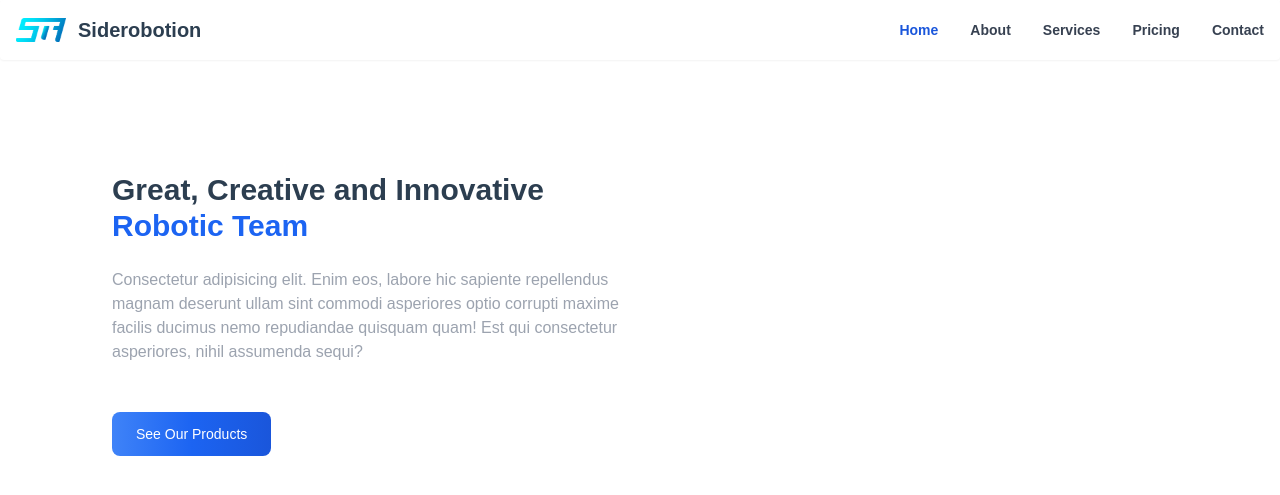
Repository: khulqu15/siderobotion
Page: /
These files come from the project's save history. The page is drawn as it stood at one moment and after the next save; the edit follows.
The browser window is 1280 px wide. The pictures show the whole page.
The project was rebuilt for these pictures with package versions that can differ from the ones it lists, and the page was loaded fresh each time. Also part of the build but not shown: vue.config.js.

Above is the page before, as saved 2022-06-12 02:14:43.

### src/main.js
import { createApp } from 'vue'
import App from './App.vue'
import './registerServiceWorker'
import router from './router'
import store from './store'
import 'flowbite'
import './index.css'

createApp(App)
  .use(store)
  .use(router)
  .mount('#app')

### src/index.css
@tailwind base;
@tailwind components;
@tailwind utilities;
@import url('https://fonts.googleapis.com/css2?family=Poppins:ital,wght@0,100;0,200;0,300;0,400;0,500;0,600;0,700;0,800;0,900;1,100;1,200;1,300;1,400;1,500;1,600;1,700;1,800;1,900&display=swap');

* {
  font-family: 'Poppins', sans-serif !important;
}

### src/views/HomeView.vue
<template>

  <web-layout>
    <div class="px-28 grid grid-cols-2 gap-4">
      <div class="py-28 text-start">
        <h1 class="text-3xl font-semibold">Great, Creative and Innovative <span class="text-blue-600">Robotic Team</span> </h1>
        <p class="text-gray-400 mt-6 mb-12">Consectetur adipisicing elit. Enim eos, labore hic sapiente repellendus magnam deserunt ullam sint commodi asperiores optio corrupti maxime facilis ducimus nemo repudiandae quisquam quam! Est qui consectetur asperiores, nihil assumenda sequi?</p>
        <button type="button" class="text-white bg-gradient-to-r from-blue-500 via-blue-600 to-blue-700 hover:bg-gradient-to-br focus:ring-4 focus:outline-none focus:ring-blue-300 dark:focus:ring-blue-800 font-medium rounded-lg text-sm px-6 py-3 text-center mr-2 mb-2">See Our Products</button>
      </div>
    </div>
  </web-layout>

</template>

<script>
import WebLayout from '@/layouts/WebLayout.vue'
export default {
  name: 'HomeView',
  components: {
    WebLayout
  }
}
</script>

### src/layouts/WebLayout.vue
<template>
  <div id="app-web">
    <div id="nav">
      <navigation-header/>
    </div>
    <div id="body-content">
      <slot id="content"></slot>
    </div>
  </div>
</template>

<script>
import NavigationHeader from '@/components/NavigationHeader.vue'
export default {
  components: {
    NavigationHeader
  }
}
</script>

### src/components/NavigationHeader.vue
<template>
  <div>
    <nav class="bg-white border-gray-200 px-2 sm:px-4 py-4 shadow-sm rounded dark:bg-gray-800">
      <div class="container flex flex-wrap justify-between items-center mx-auto">
        <a href="/" class="flex items-center">
          <img :src="require('@/assets/logo.webp')" class="mr-3 h-4 sm:h-6" alt="Siderobotion Logo">
          <span class="self-center text-xl font-semibold whitespace-nowrap dark:text-white">Siderobotion</span>
        </a>
        <button data-collapse-toggle="mobile-menu" type="button" class="inline-flex items-center p-2 ml-3 text-sm text-gray-500 rounded-lg md:hidden hover:bg-gray-100 focus:outline-none focus:ring-2 focus:ring-gray-200 dark:text-gray-400 dark:hover:bg-gray-700 dark:focus:ring-gray-600" aria-controls="mobile-menu" aria-expanded="false">
          <span class="sr-only">Open main menu</span>
          <svg class="w-6 h-6" fill="currentColor" viewBox="0 0 20 20" xmlns="http://www.w3.org/2000/svg"><path fill-rule="evenodd" d="M3 5a1 1 0 011-1h12a1 1 0 110 2H4a1 1 0 01-1-1zM3 10a1 1 0 011-1h12a1 1 0 110 2H4a1 1 0 01-1-1zM3 15a1 1 0 011-1h12a1 1 0 110 2H4a1 1 0 01-1-1z" clip-rule="evenodd"></path></svg>
          <svg class="hidden w-6 h-6" fill="currentColor" viewBox="0 0 20 20" xmlns="http://www.w3.org/2000/svg"><path fill-rule="evenodd" d="M4.293 4.293a1 1 0 011.414 0L10 8.586l4.293-4.293a1 1 0 111.414 1.414L11.414 10l4.293 4.293a1 1 0 01-1.414 1.414L10 11.414l-4.293 4.293a1 1 0 01-1.414-1.414L8.586 10 4.293 5.707a1 1 0 010-1.414z" clip-rule="evenodd"></path></svg>
        </button>
        <div class="hidden w-full md:block md:w-auto" id="mobile-menu">
          <ul class="flex flex-col mt-4 md:flex-row md:space-x-8 md:mt-0 md:text-sm md:font-medium">
            <li>
              <a href="#" class="block py-2 pr-4 pl-3 text-white bg-blue-700 rounded md:bg-transparent md:text-blue-700 md:p-0 dark:text-white" aria-current="page">Home</a>
            </li>
            <li>
              <a href="#" class="block py-2 pr-4 pl-3 text-gray-700 border-b border-gray-100 hover:bg-gray-50 md:hover:bg-transparent md:border-0 md:hover:text-blue-700 md:p-0 dark:text-gray-400 md:dark:hover:text-white dark:hover:bg-gray-700 dark:hover:text-white md:dark:hover:bg-transparent dark:border-gray-700">About</a>
            </li>
            <li>
              <a href="#" class="block py-2 pr-4 pl-3 text-gray-700 border-b border-gray-100 hover:bg-gray-50 md:hover:bg-transparent md:border-0 md:hover:text-blue-700 md:p-0 dark:text-gray-400 md:dark:hover:text-white dark:hover:bg-gray-700 dark:hover:text-white md:dark:hover:bg-transparent dark:border-gray-700">Services</a>
            </li>
            <li>
              <a href="#" class="block py-2 pr-4 pl-3 text-gray-700 border-b border-gray-100 hover:bg-gray-50 md:hover:bg-transparent md:border-0 md:hover:text-blue-700 md:p-0 dark:text-gray-400 md:dark:hover:text-white dark:hover:bg-gray-700 dark:hover:text-white md:dark:hover:bg-transparent dark:border-gray-700">Pricing</a>
            </li>
            <li>
              <a href="#" class="block py-2 pr-4 pl-3 text-gray-700 hover:bg-gray-50 md:hover:bg-transparent md:border-0 md:hover:text-blue-700 md:p-0 dark:text-gray-400 md:dark:hover:text-white dark:hover:bg-gray-700 dark:hover:text-white md:dark:hover:bg-transparent">Contact</a>
            </li>
          </ul>
        </div>
      </div>
    </nav>

  </div>
</template>

### tailwind.config.js
module.exports = {

  content: [
    "./index.html",
    "./src/**/*.{vue,js,ts,jsx,tsx}",
    "./node_modules/flowbite/**/*.js",
  ],
  theme: {
    extend: {},
  },
  plugins: [
    require('flowbite/plugin')
  ]

}

Loaded but not shown: public/index.html (common file); src/App.vue (common file); src/registerServiceWorker.js (common file); src/router/index.js (common file); src/store/index.js (common file)

After the next save:
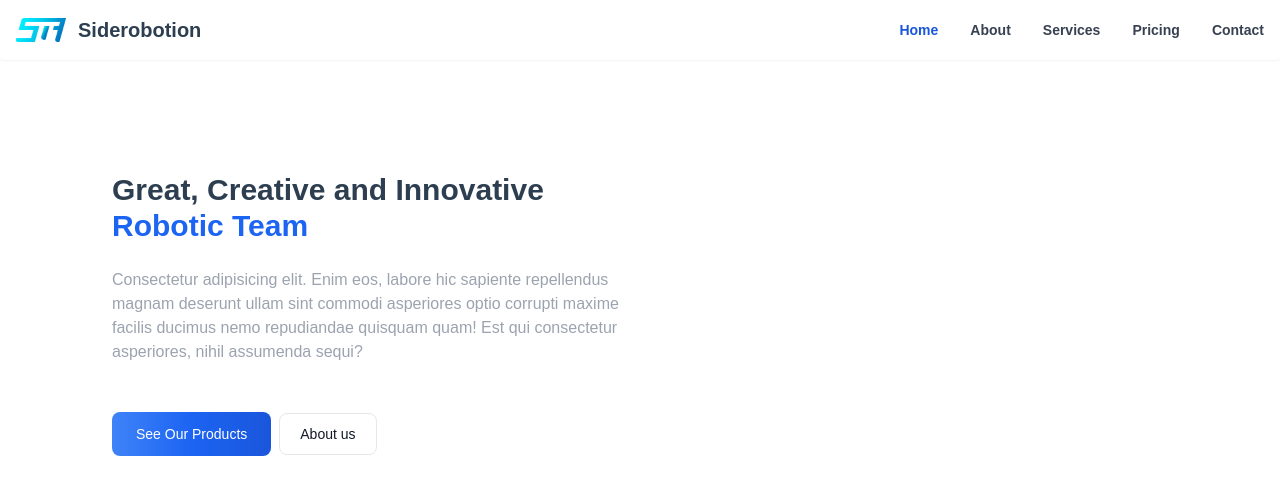
Saved 40 s later.
--- a/src/views/HomeView.vue
+++ b/src/views/HomeView.vue
@@ -6,6 +6,7 @@
         <h1 class="text-3xl font-semibold">Great, Creative and Innovative <span class="text-blue-600">Robotic Team</span> </h1>
         <p class="text-gray-400 mt-6 mb-12">Consectetur adipisicing elit. Enim eos, labore hic sapiente repellendus magnam deserunt ullam sint commodi asperiores optio corrupti maxime facilis ducimus nemo repudiandae quisquam quam! Est qui consectetur asperiores, nihil assumenda sequi?</p>
         <button type="button" class="text-white bg-gradient-to-r from-blue-500 via-blue-600 to-blue-700 hover:bg-gradient-to-br focus:ring-4 focus:outline-none focus:ring-blue-300 dark:focus:ring-blue-800 font-medium rounded-lg text-sm px-6 py-3 text-center mr-2 mb-2">See Our Products</button>
+        <button type="button" class="py-2.5 px-5 mr-2 mb-2 text-sm font-medium text-gray-900 focus:outline-none bg-white rounded-lg border border-gray-200 hover:bg-gray-100 hover:text-blue-700 focus:z-10 focus:ring-4 focus:ring-gray-200">About us</button>
       </div>
     </div>
   </web-layout>
